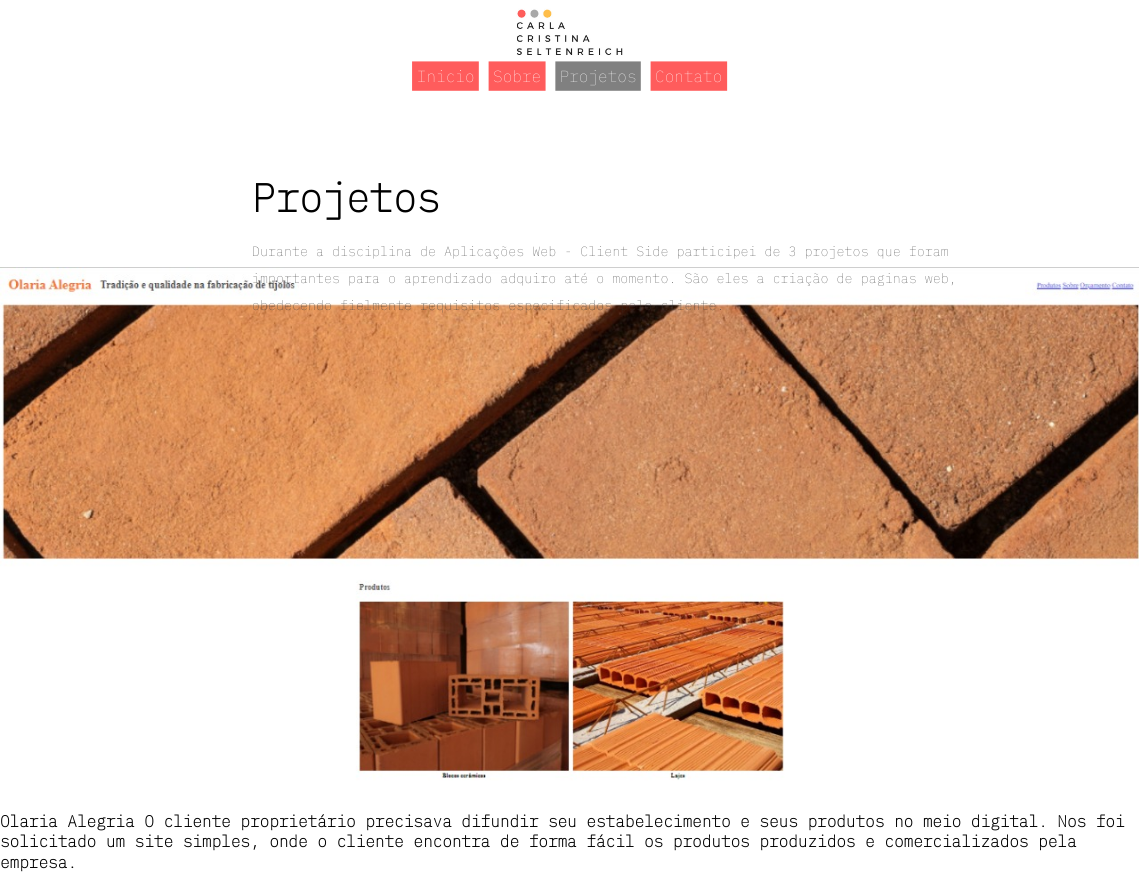
Repository: carla-seltenreich/portfolio
Page: project.html
The author's editor kept a copy of each file at every save. The page is drawn from the files as they stood at one save, then again after the next save.
The browser window is 1280 px wide. The pictures show the whole page, at 89% of full size.

Above is the page before, as saved 2022-05-26 05:49:39.

### project.html
<!DOCTYPE html>
<html lang="en">

<head>
    <meta charset="UTF-8">
    <meta http-equiv="X-UA-Compatible" content="IE=edge">
    <meta name="viewport" content="width=device-width, initial-scale=1.0">
    <title>Carla Cristina Seltenreich</title>
    <link rel="preconnect" href="https://fonts.googleapis.com">
    <link rel="preconnect" href="https://fonts.gstatic.com" crossorigin>
    <link rel="stylesheet" href="style.css">

    <link href="preconnect" href="https://fonts.googleapis.com">
    <link rel="preconnect" href="https://fonts.gstatic.com" crossorigin>
    <link href="https://fonts.googleapis.com/css2?family=IBM+Plex+Mono:wght@100&family=Questrial&display=swap"
        rel="stylesheet">
</head>

<body>
    <header class="header">
        <div class="container header-container">
            <a href="index.html"><img src="Carla cristina sELTENREICH.jpg" alt="logo" class="brand"></a>
            <ul class="nav">
                <li>
                    <a href="index.html">Inicio</a>
                </li>
                <li>
                    <a href="about.html">Sobre</a>
                </li>
                <li>
                    <a href="project.html" class="active">Projetos</a>
                </li>
                <li>
                    <a href="contact.html">Contato</a>
                </li>
            </ul>
        </div>
    </header>
    <div class="project">
        <h2 class="title-project">Projetos</h2>
        <h4 class="text-project">
            Durante a disciplina de Aplicações Web - Client Side participei de 3 projetos
            que foram importantes para o aprendizado adquiro até o momento.
            São eles a criação de paginas web, obedecendo fielmente requisitos especificados
            pelo cliente.
        </h4>
    </div>
    <div class="project-one">
        <img src="olaria.jpeg" alt="olaria" class="photo-project">
    </div>
    <div class="text-one">
        <h4>Olaria Alegria
            O cliente proprietário precisava difundir seu estabelecimento e seus produtos no meio digital. Nos foi solicitado um site simples, onde o cliente encontra de forma fácil os produtos produzidos e comercializados pela empresa.
        </h4>
    </div>
</body>

</html>

### style.css
body {
    font-family: 'IBM Plex Mono';
    font-size: 18px;
    padding-top: 120px;
    margin: 0;
}

.container {
    max-width: 1120px;
    margin: 0 auto;
}

.header {
    background: #fff;
    position: absolute;
    width: 100%;
    text-align: center;
    top: 0;
    z-index: 1;
    padding: 10px 0;
    box-sizing: border-box;
    align-items: center;
}

.brand {
    max-width: 120px;
}

.nav {
    margin: 0;
    padding: 0;
    list-style: none;
}

.nav li {
    background-color: #ff5c5c;
    display: inline-block;
}

.nav a {
    color: #fff;
    display: block;
    padding: 5px;
    text-decoration: none;
}

.nav a:hover {
    color: gray;

}

.nav a.active {
    color: #fff;
    background: gray;
}

.name {
    padding: 7px;
}

.name-title {
    text-align: center;
    font-size: 30px;
}


.photo-banner {
    background-color: #ff5c5c;
    width: 500px;
    display: block;
    max-width: 100%;
    margin: 0 auto;
    border-radius: 8px;
}

.lastest-projects-home {
    background-color: #ff5c5c;
    color: #fff;
    padding: 50px;
    position: center;
}

.logo-project {
    width: 30px;
    height: 30px;
}

.text-about-home {
    margin: 90px;
    top: 808px;
    font-style: normal;
    font-weight: 400;
    font-size: 15px;
    line-height: 30px;
    /* or 200% */

    display: flex;
    align-items: center;
}
.project {
    padding: 90px;
    color: black;
}
.title-project {
    position: absolute;
    width: 800px;
    height: 57px;
    left: 283px;
    top: 156px;

    font-style: normal;
    font-weight: 600;
    font-size: 44px;
    line-height: 57px;
    display: flex;
    align-items: center;
}

.text-project {
    position: absolute;
    width: 800px;
    height: 120px;
    left: 283px;
    top: 233px;


    font-style: normal;
    font-weight: 400;
    font-size: 15px;
    line-height: 30px;
    /* or 200% */

    display: flex;
    align-items: center;

    color: #363636;
}

.text-project-one {
    position: absolute;
    width: 800px;
    height: 120px;
    left: 283px;
    top: 1070px;
    font-style: normal;
    font-weight: 400;
    font-size: 15px;
    line-height: 30px;
    /* or 200% */

    display: flex;
    align-items: center;

    color: black;
}

.text-project-two {
    position: absolute;
    width: 800px;
    height: 120px;
    left: 283px;
    top: 1861px;
    font-style: normal;
    font-weight: 400;
    font-size: 15px;
    line-height: 30px;
    /* or 200% */

    display: flex;
    align-items: center;
    color: black;
}

.text-project-three {
    position: absolute;
    width: 800px;
    height: 120px;
    left: 239px;
    top: 2652px;

    font-family: 'IBM Plex Mono';
    font-style: normal;
    font-weight: 400;
    font-size: 15px;
    line-height: 30px;
    /* or 200% */

    display: flex;
    align-items: center;

    color: black;
}

.photo-one {
    position: absolute;
    width: 550px;
    height: 500px;
    left: 40px;
    top: 380px;
    border-radius: 8px;

}

.photo-two {
    position: absolute;
    width: 800px;
    height: 120px;
    left: 283px;
    top: 1070px;

    font-style: normal;
    font-weight: 400;
    font-size: 15px;
    line-height: 30px;
    /* or 200% */

    display: flex;
    align-items: center;

    color: #363636;
}

.photo-three {
    Width: 800px;
Height: 120px;
Top: 2652px;
Left: 239px;
}

.about-me-text {
    line-height: 30px;
    padding: 5px 70px;
}

.work {
    line-height: 30px;
    padding: 30px 80px;
}

.footer {
    color: #fff;
    background: grey;
    padding: 30px 0;
    text-align: center;
}

.footer-container {
    display: block;
    justify-content: center;
}

.footer-contact a {
    display: block;
    color: #fff;
    text-decoration: none;
}

.footer-social-medias {}

.social-medias li {
    display: inline-block;
}

.social-meidas a {
    display: block;
    font-size: 25px;
    padding: 20px 10px;

}

.logo-socialmedia {
    width: 20px;
    padding: 10px;
}

.footer-contact address {
    margin-bottom: 20px;
}

.copyright {
    font-size: 12px;
    margin-top: 20px;
}

.page-contact {
    margin-bottom: 20px;
}

.page-contact-info {
    padding-left: 30px;
}

.page-contact-info a,
.page-contact-info address {
    color: black;
    font-weight: 600;
    font-style: normal;
    text-decoration: none;
}

.page-contact-info h3 {
    color: #78706e;
    margin: 0 0 5px;
    font-size: 14px;
}

.page-contact-form {
    width: 50%;
}

.form-group {
    margin-bottom: 15px;
}

.form-group label {
    display: block;
    margin-bottom: 5px;
}

.form-item {
    width: 100%;
    display: block;
    padding: 0.5rem 0.75rem;
    border: 1px solid #ced4da;
    border-radius: 0.25rem;
    box-sizing: border-box;
}

.form-item:focus {
    outline: none;
    border-color: #ff5c5c;
}

.btn {
    color: #fff;
    padding: 8px 16px;
    text-decoration: none;
    border-radius: 4px;
    background: #ff5c5c;
    border: 1px solid #ff5c5c;

    @media screen and (min-width: 768px) {
        body {
            padding-top: 80px;
        }

        .header-container {
            display: flex;
            justify-content: space-between;
        }

        .nav a {
            padding: 20px 10px;
        }
    }

After the next save:
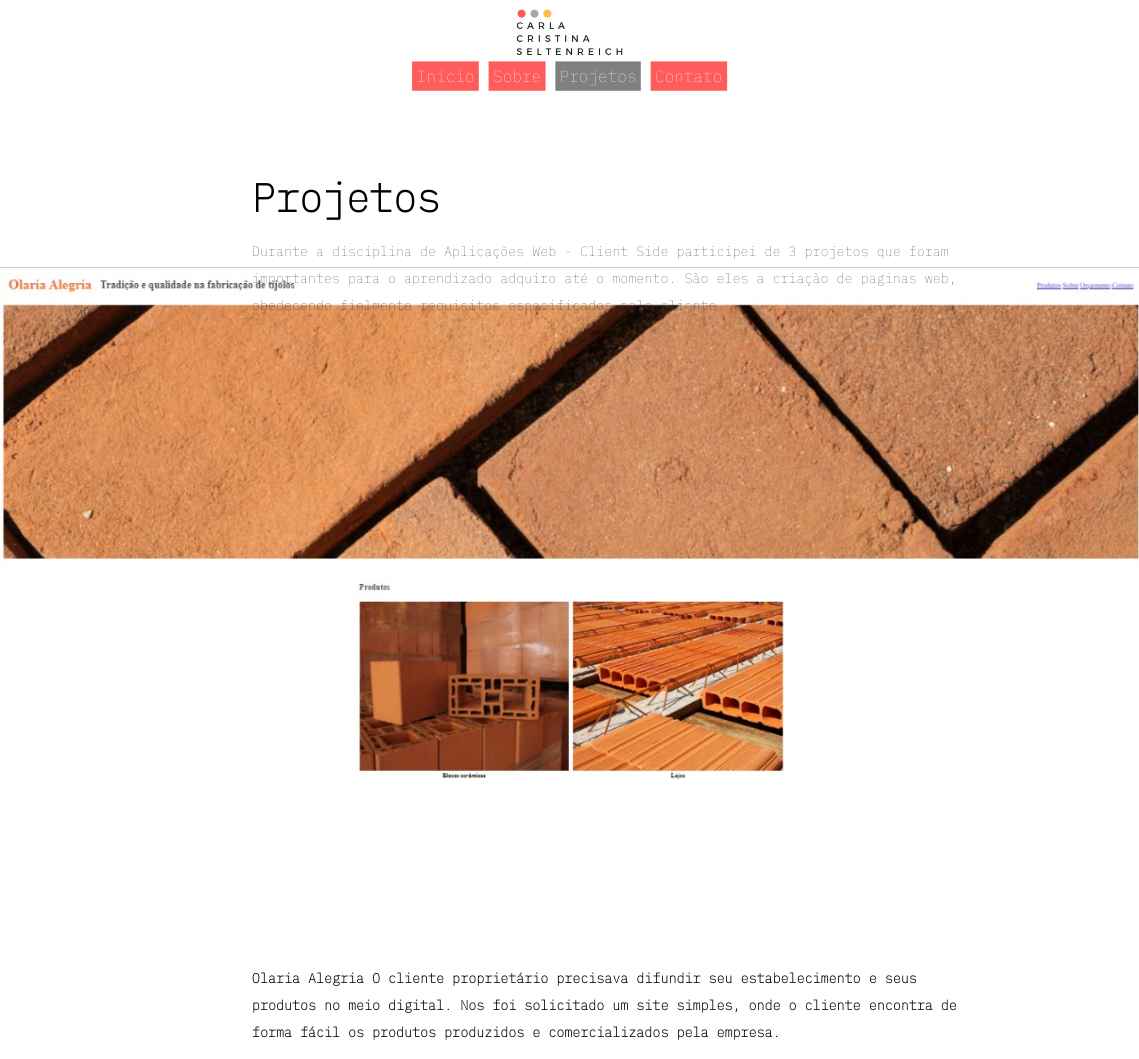
Saved 14 s later.
--- a/style.css
+++ b/style.css
@@ -136,7 +136,7 @@
     color: #363636;
 }
 
-.text-project-one {
+.text-one {
     position: absolute;
     width: 800px;
     height: 120px;
